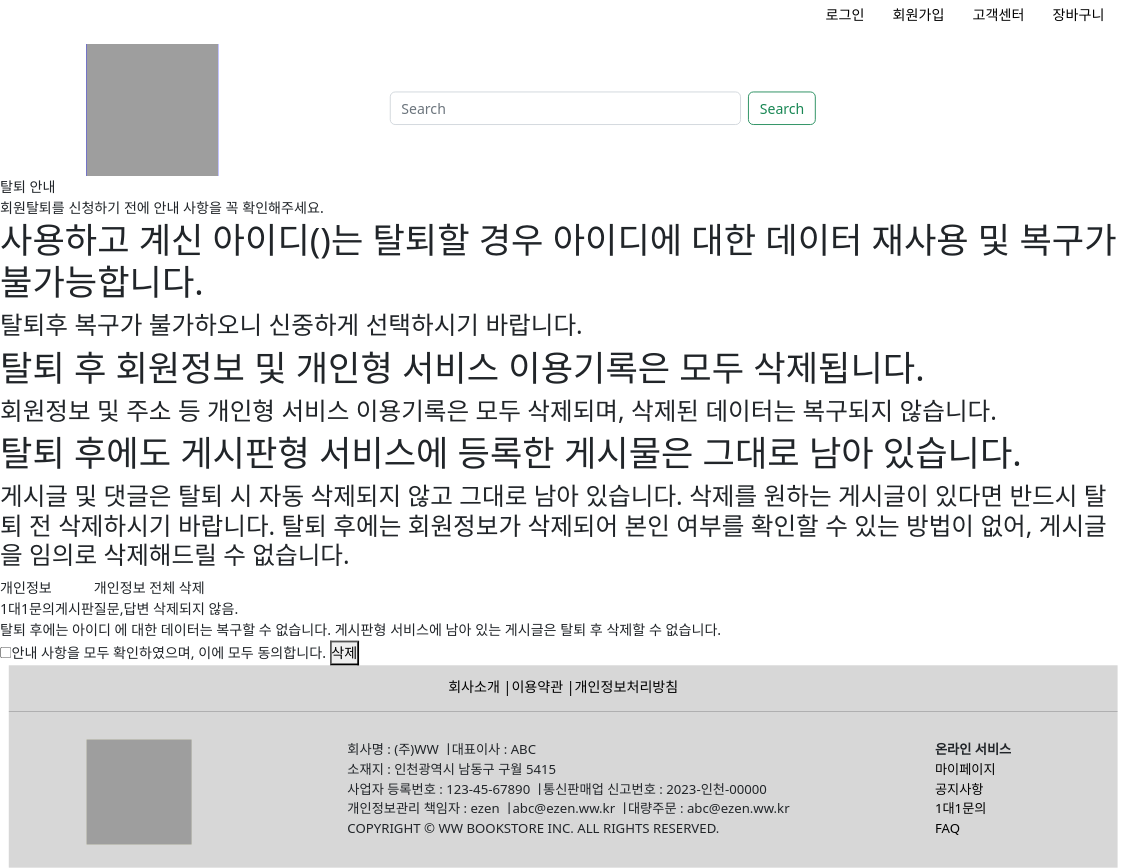
Repository: leehyeonung/project4
Page: http://localhost/book/WEB-INF/views/member/delete.jsp
These files come from the project's save history. The page is drawn as it stood at one moment and after the next save; the edit follows.
The browser window is 1280 px wide. The pictures show the whole page, at 88% of full size.
Pictures or frames that could not be fetched are drawn as grey boxes. The page is served by Tomcat 9. Nobody is signed in. Other server files are loaded and not shown. The template is opened directly, without the code that normally fills it, so the values that code supplies are empty.

Above is the page before, as saved 2023-01-06 01:08:56.

### book/src/main/webapp/WEB-INF/views/member/delete.jsp
<%@ page language="java" contentType="text/html; charset=UTF-8"
    pageEncoding="UTF-8"%>
<%@ taglib uri="http://java.sun.com/jsp/jstl/core" prefix="c"%>
<!DOCTYPE html>
<html>
<head>
<meta charset="UTF-8">
<title>Insert title here</title>
</head>
<body>
<jsp:include page="../layout/header.jsp"></jsp:include>
<div class="main">
<div class="subject">탈퇴 안내</div>
<div class="short">회원탈퇴를 신청하기 전에 안내 사항을 꼭 확인해주세요.</div>

<h1>사용하고 계신 아이디(${ses.mem_id})는 탈퇴할 경우 아이디에 대한 데이터 재사용 및 복구가 불가능합니다.</h1>
<h3>탈퇴후 복구가 불가하오니 신중하게 선택하시기 바랍니다.</h3>
<h1>탈퇴 후 회원정보 및 개인형 서비스 이용기록은 모두 삭제됩니다.</h1>
<h3>회원정보 및 주소 등 개인형 서비스 이용기록은 모두 삭제되며, 삭제된 데이터는 복구되지 않습니다.</h3>
<h1>탈퇴 후에도 게시판형 서비스에 등록한 게시물은 그대로 남아 있습니다.</h1>
<h3> 게시글 및 댓글은 탈퇴 시 자동 삭제되지 않고 그대로 남아 있습니다.
삭제를 원하는 게시글이 있다면 반드시 탈퇴 전 삭제하시기 바랍니다.
탈퇴 후에는 회원정보가 삭제되어 본인 여부를 확인할 수 있는 방법이 없어, 게시글을 임의로 삭제해드릴 수 없습니다.</h3>

<table>
<tr>
<td>개인정보</td>
<td>개인정보 전체 삭제</td>
</tr>
<tr>
<td>1대1문의게시판</td>
<td>질문,답변 삭제되지 않음.</td>
</tr>
</table>
탈퇴 후에는 아이디 ${ses.mem_id}에 대한 데이터는 복구할 수 없습니다.
게시판형 서비스에 남아 있는 게시글은 탈퇴 후 삭제할 수 없습니다.
<form action="/mem/delete?mem_num=${ses.mem_num}" method="post" >
<input type="checkbox" name="deletecheck" value="okay">안내 사항을 모두 확인하였으며, 이에 모두 동의합니다.
<button type="submit">삭제</button>
</form>
</div>
<jsp:include page="../layout/footer.jsp"></jsp:include>
</body>
</html>

### book/src/main/webapp/WEB-INF/views/layout/header.jsp
<%@ page language="java" contentType="text/html; charset=UTF-8"
    pageEncoding="UTF-8"%>
<%@ taglib uri="http://java.sun.com/jsp/jstl/core" prefix="c"%>
<!DOCTYPE html>
<html>
<head>
<meta charset="UTF-8">
<title>Insert title here</title>
<!-- CSS only -->
<link href="https://cdn.jsdelivr.net/npm/bootstrap@5.2.2/dist/css/bootstrap.min.css"
rel="stylesheet" integrity="sha384-Zenh87qX5JnK2Jl0vWa8Ck2rdkQ2Bzep5IDxbcnCeuOxjzrPF/et3URy9Bv1WTRi"
crossorigin="anonymous">
<link rel="stylesheet" type="text/css" href="/resources/css/header.css">
</head>
<body>
<div class="header">
    <div class="menu">
        <c:if test="${ses.mem_id ==null}">
        <ul><a href="/mem/loginPage">로그인</a></ul>
        <ul><a href="/mem/joinPage">회원가입</a></ul>
        </c:if>
        <c:if test="${ses.mem_id == 'admin' }">
        <ul><a href="/mem/logOut">로그아웃</a></ul>
        <ul><a href="/mem/adminpage">관리인페이지</a></ul>
        </c:if>
        <c:if test="${ses.mem_id !=null && ses.mem_id !='admin' }">
        <ul><a href="/mem/logOut">로그아웃</a></ul>
        <ul><a href="/mem/mypage">마이페이지</a></ul>
        </c:if>
        <ul><a href="#">고객센터</a></ul>
        <ul><a href="#">장바구니</a></ul>
    </div>
    <div class="bar">
       <div class="logo">
         <a href="/"><img src="/resources/image/logo.jpg" alt="로고"></a>
       </div>
         <div class="searchBar">
            <form class="d-flex" role="search">
                 <input class="form-control me-2" type="search" placeholder="Search" aria-label="Search">
                 <button class="btn btn-outline-success" type="submit">Search</button>
              </form>
         </div>
       <div class="icons">
         <a href=""><i class="fa-solid fa-cart-shopping"></i></a>
            <a href=""><i class="fa-solid fa-user"></i></a>
       </div>
    </div>
</div>
</body>
</html>

### book/src/main/webapp/WEB-INF/views/layout/footer.jsp
<%@ page language="java" contentType="text/html; charset=UTF-8"
   pageEncoding="UTF-8"%>
<!DOCTYPE html>
<html>
<head>
<meta charset="UTF-8">
<title>Insert title here</title>
<link rel="stylesheet" type="text/css" href="/resources/css/footer.css">

</head>

<body>
   <div class="footer">
      <div class="footer-top">
         <ul>
            <li><a href="/introduce">회사소개 | </a></li>
            <li><a href="">이용약관 | </a></li>
            <li><a href="">개인정보처리방침</a></li>
         </ul>
      </div>
      <hr>
      <div class="address">
         <div class="footer-logo">
            <img src="/resources/image/logo.jpg" alt="로고">
         </div>
         <div class="address-box">
            <ul>
               <li>회사명 : (주)WW <span style="margin-right: -7px;">ㅣ</span>
                  대표이사 : ABC
               </li>

               <li>소재지 : 인천광역시 남동구 구월 5415</li>
               <li>사업자 등록번호 : 123-45-67890 <span style="margin-right: -7px;">ㅣ</span>
                  통신판매업 신고번호 : 2023-인천-00000
               </li>

               <li>개인정보관리 책임자 : ezen <span style="margin-right: -7px;">ㅣ</span>
                  abc@ezen.ww.kr <span style="margin-right: -7px;">ㅣ</span> 대량주문 :
                  abc@ezen.ww.kr
               </li>

               <li>COPYRIGHT © WW BOOKSTORE INC. ALL RIGHTS RESERVED.</li>

            </ul>

         </div>
         <div class="online-serviceBar">
            <strong>온라인 서비스</strong>
            <ul>
               <li><a href="">마이페이지</a></li>
               <li><a href="">공지사항</a></li>
               <li><a href="">1대1문의</a></li>
               <li><a href="">FAQ</a></li>
            </ul>
         </div>
      </div>
   </div>

</body>
</html>

### book/src/main/webapp/resources/css/header.css
@charset "UTF-8";
*{
	margin: 0px;
	padding: 0px;
}
.header{
    width: 1260px;
    height: 200px;
   /*  background-color: pink; */
}
.menu{
   display: flex;
   justify-content: flex-end;
   padding:5px;

}
.logo{
    width: 150px;
    height: 150px;
    background-color: blue;
}
.logo>a>img{
    width: 150px;
    height: 150px;
}
.searchBar{
   /* position:absolute; */
    width: 484px;
    height: 42px;
    /* background-color: gold; */
    margin-top:54px;
    border-radius: 30px;

}
.bar{

   height: 150px;
   display: flex;
   flex-direction: row;
   flex-wrap:nowrap;
   justify-content:space-around;
/*    align-items: baseline; */


}
i{
    font-size: 42px;
    color: black;
    margin-top:54px;
    margin-right: 20px;
}

### book/src/main/webapp/resources/css/footer.css
@charset "UTF-8";
.footer {
   width: 1260px;
   height: 230px;
   background-color: rgba(175, 175, 175, 0.5);
   margin: 0 auto;
}

.footer-logo {

   width: 120px;
   height: 120px;
   background-color: beige;
}
.footer-logo>img{
   width: 120px;
   height: 120px;
}

.address-box {
   text-align: left;
   padding: 0;
   margin: 0;
}

.address {
   padding: 15px;
   height: 150px;
   display: flex;
   font-size: 15px;
   /* align-items: baseline; */
   flex-direction: row;
   flex-wrap: nowrap;
   justify-content: space-around;
}

ul {
   list-style: none;
}

.footer, .address li {

}

.footer-top {
   text-align: center;
   padding-top: 12px;
}

.footer-top>ul {
   margin: 0;
   padding: 0;
   display: flex;
   justify-content: center;
}

.footer-top>li {
   margin: 0;
   padding: 0;
}

a {
   text-decoration-line: none;
   color: black;
}

a:visited {
   text-decoration: none;
}

a:hover {
   text-decoration: none;
}

a:focus {
   text-decoration: none;
}

a:hover, a:active {
   text-decoration: none;
}

.online-serviceBar {
   padding: 0px;
   margin-left: 20px;
   width: 120px;
   height: 120px;
}

.online-serviceBar>ul {
   margin: 0px;
   padding: 0px;
}

### book/src/main/webapp/resources/css/delete.css
@charset "UTF-8";

.main{
	margin: 0px 196px;
}
.subject{
	font-size: 50px;
	font-weight: 500;

}
.short{
	color: gray;
}
h1{
	font-size: 20px;
}

h3{
	color: gray;
}

After the next save:
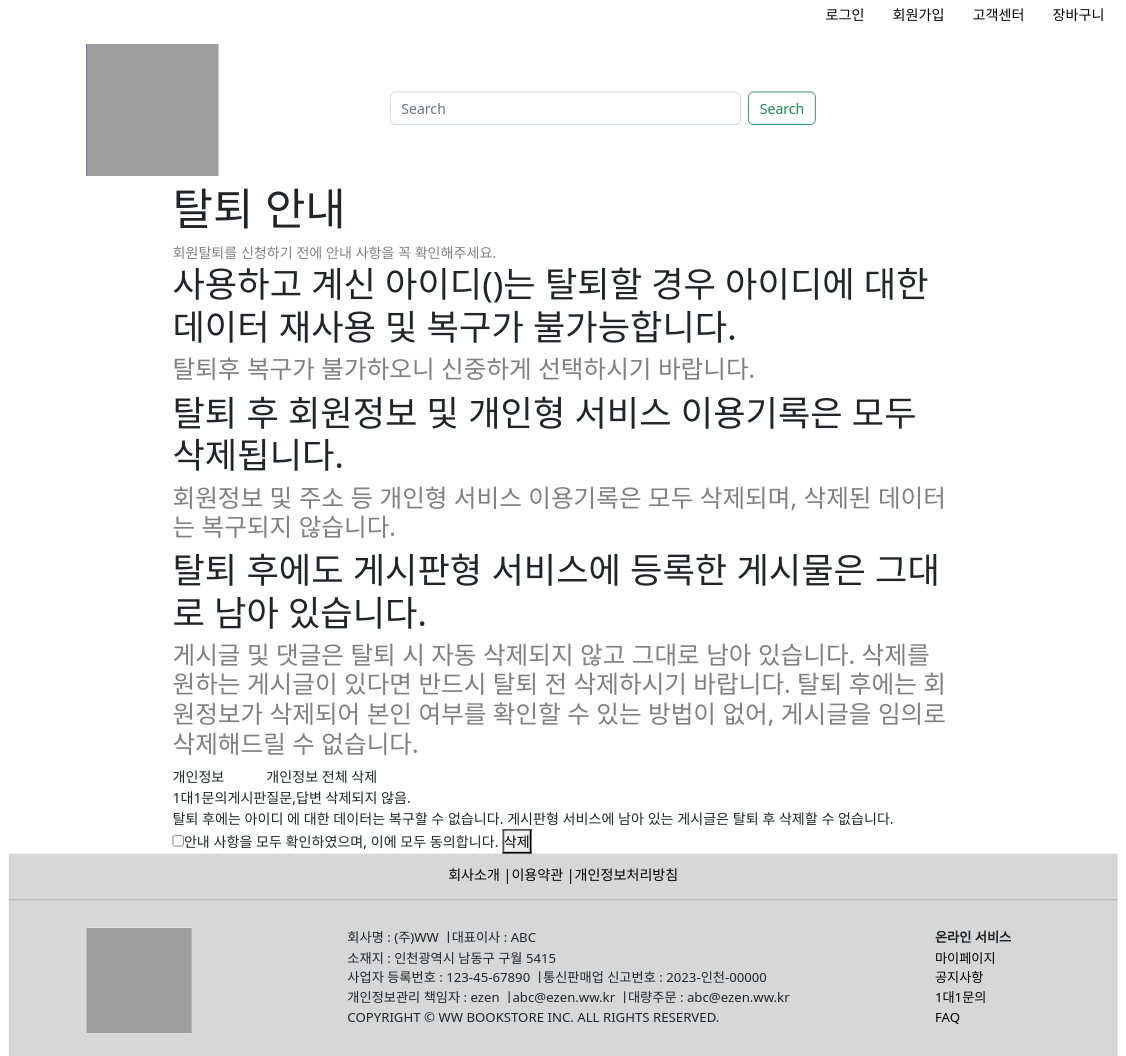
Saved 49 s later.
--- a/book/src/main/webapp/WEB-INF/views/member/delete.jsp
+++ b/book/src/main/webapp/WEB-INF/views/member/delete.jsp
@@ -1,6 +1,8 @@
 <%@ page language="java" contentType="text/html; charset=UTF-8"
     pageEncoding="UTF-8"%>
 <%@ taglib uri="http://java.sun.com/jsp/jstl/core" prefix="c"%>
+<link rel="stylesheet" type="text/css" href="/resources/css/delete.css">
+
 <!DOCTYPE html>
 <html>
 <head>
